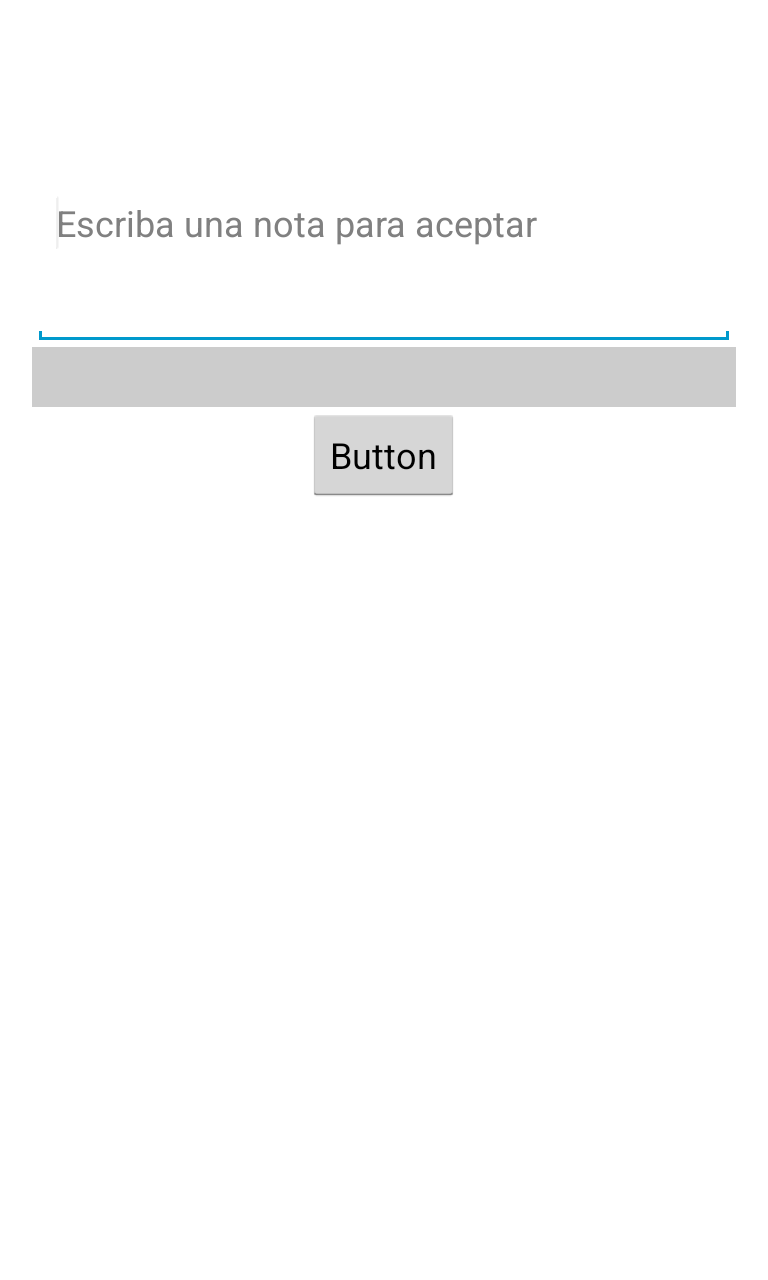
Repository: G3rcar/Android-I
Layout: Clase04Mantenimiento/res/layout/activity_result.xml
The author's editor kept a copy of each file at every save. The layout is drawn from the files as they stood at one save, then again after a run of saves.
It is drawn on a 768 x 1280 px phone screen (xhdpi) without system bars, with theme AppTheme; the app's code is not run.

Above is the layout before, as saved 2013-10-30 13:32:56.

### Clase04Mantenimiento/res/layout/activity_result.xml
<LinearLayout xmlns:android="http://schemas.android.com/apk/res/android"
    xmlns:tools="http://schemas.android.com/tools"
    android:id="@+id/LinearLayout1"
    android:layout_width="match_parent"
    android:layout_height="match_parent"
    android:orientation="vertical"
    android:paddingBottom="@dimen/activity_vertical_margin"
    android:paddingLeft="@dimen/activity_horizontal_margin"
    android:paddingRight="@dimen/activity_horizontal_margin"
    android:paddingTop="@dimen/activity_vertical_margin"
    tools:context=".ResultActivity" >

    <LinearLayout
        android:layout_width="match_parent"
        android:layout_height="wrap_content" >

        <TextView
            android:id="@+id/txvFistName"
            android:layout_width="wrap_content"
            android:layout_height="wrap_content" />

        <TextView
            android:id="@+id/txvLastName"
            android:layout_width="wrap_content"
            android:layout_height="wrap_content" />

    </LinearLayout>

    <TextView
        android:id="@+id/txvEmail"
        android:layout_width="wrap_content"
        android:layout_height="wrap_content" />

    <TextView
        android:id="@+id/txvEdad"
        android:layout_width="wrap_content"
        android:layout_height="wrap_content" />

    <TextView
        android:id="@+id/txvDepartamento"
        android:layout_width="wrap_content"
        android:layout_height="wrap_content" />


    <EditText
        android:id="@+id/edtNote"
        android:layout_width="match_parent"
        android:layout_height="wrap_content"
        android:ems="10"
        android:gravity="top|left"
        android:hint="@string/hintNota"
        android:inputType="textMultiLine"
        android:lines="3"
        android:maxLength="150"
        android:maxLines="3" >

        <requestFocus />
    </EditText>

    <View
        android:layout_width="wrap_content"
        android:layout_height="30dp"
        android:background="#33000000"
        />

    <Button
        android:id="@+id/button1"
        android:layout_width="wrap_content"
        android:layout_height="wrap_content"
        android:layout_gravity="center_horizontal"
        android:text="Button" />


</LinearLayout>

### Clase04Mantenimiento/res/values/strings.xml
<?xml version="1.0" encoding="utf-8"?>
<resources>

    <string name="app_name">Clase04 Mantto</string>
    <string name="action_settings">Settings</string>
    <string name="hello_world">Hello world!</string>
    <string name="lblPrimerNombre">Primer nombre</string>
    <string name="lblPrimerApellido">Primer apellido</string>
    <string name="lblCorreo">Correo Electrónico</string>
    <string name="lblEdad">Edad</string>
    <string name="lblDepartamento">Departamento</string>
    <string name="btnGuardar">Guardar</string>
    <string name="btnEnviar">Enviar</string>

    <string-array name="arrDepartamentos">
        <item>Ahuachapán</item>
        <item>Sonsonate</item>
        <item>Santa Ana</item>
        <item>Chalatenango</item>
        <item>La Libertad</item>
        <item>San Salvador</item>
        <item>Cuscatlán</item>
        <item>La Paz</item>
        <item>San Vicente</item>
        <item>Morazán</item>
        <item>San Miguel</item>
        <item>La Unión</item>
        <item>Cabañas</item>
        <item>Usulután</item>
    </string-array>

    <string name="title_activity_result">Resultado</string>

    <string name="hintNota">Escriba una nota para aceptar</string>

</resources>

Loaded but not shown: Clase04Mantenimiento/res/values/styles.xml (common file); Clase04Mantenimiento/res/values-v11/styles.xml (common file); Clase04Mantenimiento/res/values-v14/styles.xml (common file); Clase04Mantenimiento/res/values/dimens.xml (common file)

After the next 2 saves:
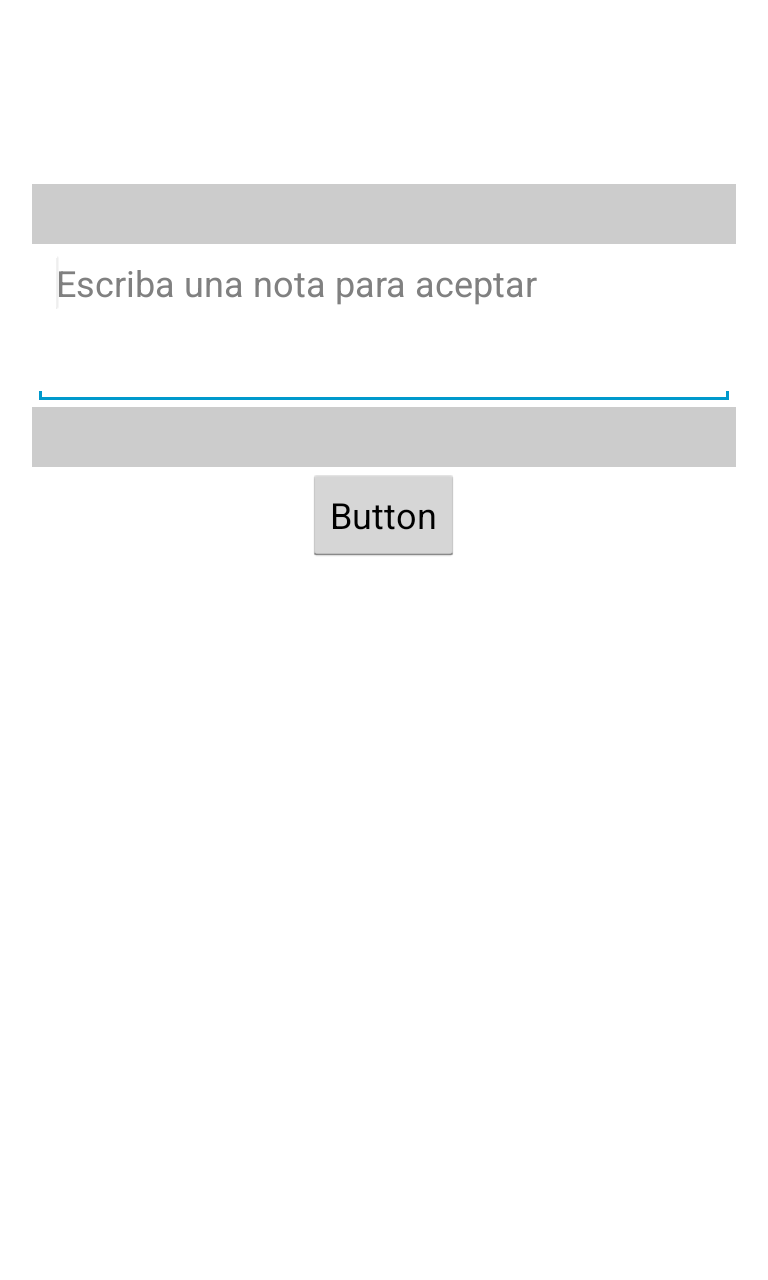
The 2 saves are shown as one change because they came seconds apart.
The last was saved 7 s later.
--- a/Clase04Mantenimiento/res/layout/activity_result.xml
+++ b/Clase04Mantenimiento/res/layout/activity_result.xml
@@ -41,6 +41,11 @@
         android:layout_width="wrap_content"
         android:layout_height="wrap_content" />
 
+    <View
+        android:layout_width="wrap_content"
+        android:layout_height="30dp"
+        android:background="#33000000"
+        />
 
     <EditText
         android:id="@+id/edtNote"
